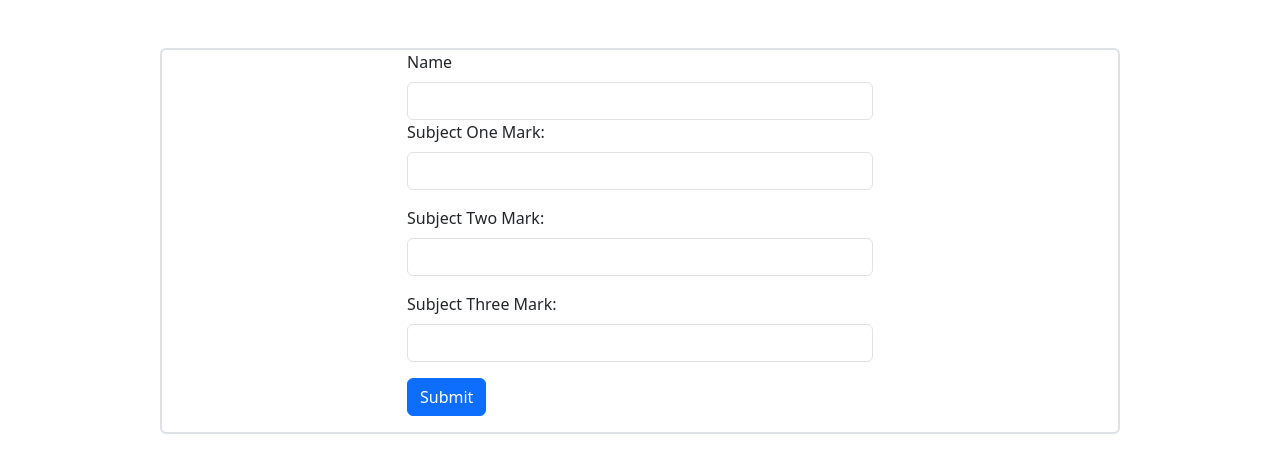
Repository: RG4025/AdvanceJava
Page: ClassWorkFeb15/src/main/webapp/LoginForm.html
An editor plug-in stored every save of this project. The page is shown before and after the next save, followed by the edit.
The browser window is 1280 px wide. The pictures show the whole page.

Above is the page before, as saved 2024-02-15 07:21:34.

After the next save:
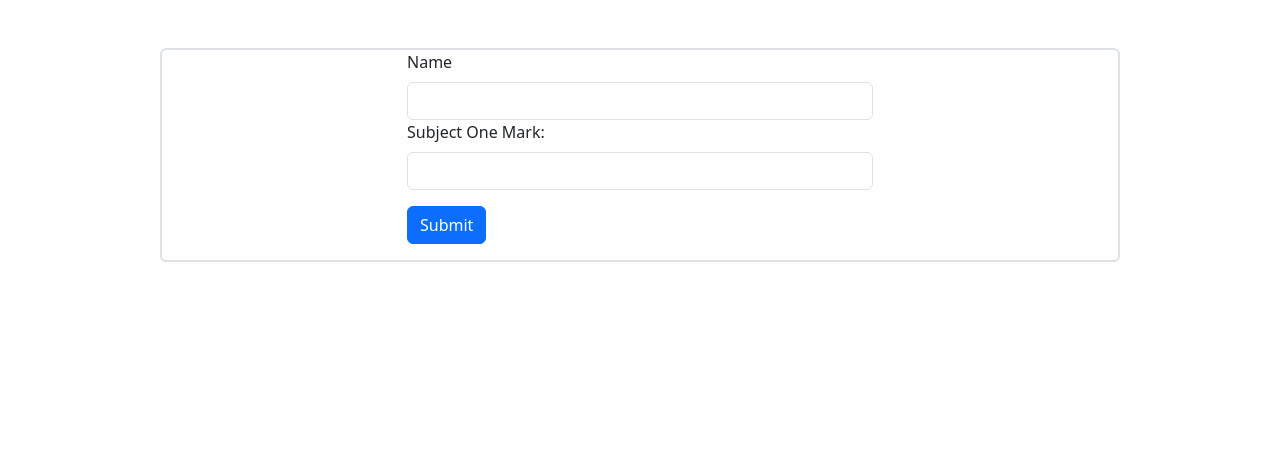
Saved 18 s later.
--- a/ClassWorkFeb15/src/main/webapp/LoginForm.html
+++ b/ClassWorkFeb15/src/main/webapp/LoginForm.html
@@ -24,18 +24,9 @@
 
 							  <div class="mb-3">
 							    <label for="exampleInputPassword1" class="form-label">Subject One Mark:</label>
-							    <input type="text" class="form-control" name="sub1">
+							    <input type="password" class="form-control" name="sub1">
 							  </div>
 
-							  <div class="mb-3">
-							    <label for="exampleInputPassword1" class="form-label">Subject Two Mark:</label>
-							    <input type="text" class="form-control" name="sub2">
-							  </div>
-
-							  <div class="mb-3">
-							    <label for="exampleInputPassword1" class="form-label">Subject Three Mark:</label>
-							    <input type="text" class="form-control" name="sub3">
-							  </div>
 
 							  <button type="submit" class="btn btn-primary">Submit</button>
 						</form>
